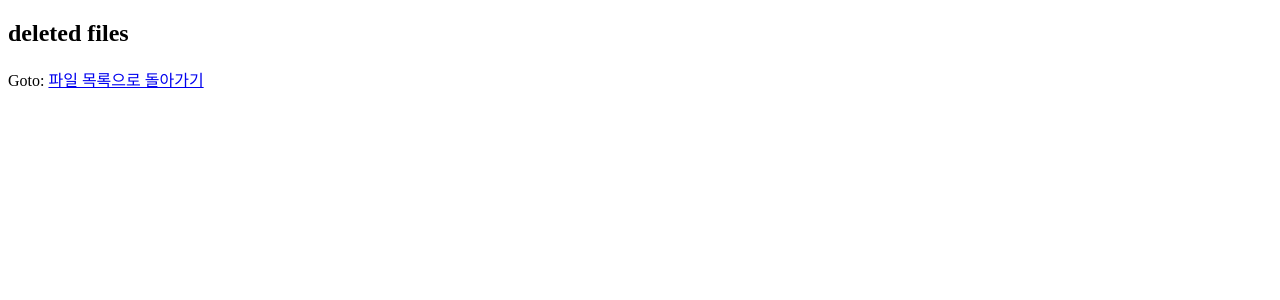
Repository: buhyun1/TIL
Page: http://localhost/pilotWeb/deleteFiles.jsp
An editor plug-in stored every save of this project. The page is shown before and after the next save, followed by the edit.
The browser window is 1280 px wide. The pictures show the whole page.
The page is served by Tomcat 10.

Above is the page before, as saved 2023-06-23 11:13:12.

After the next save:
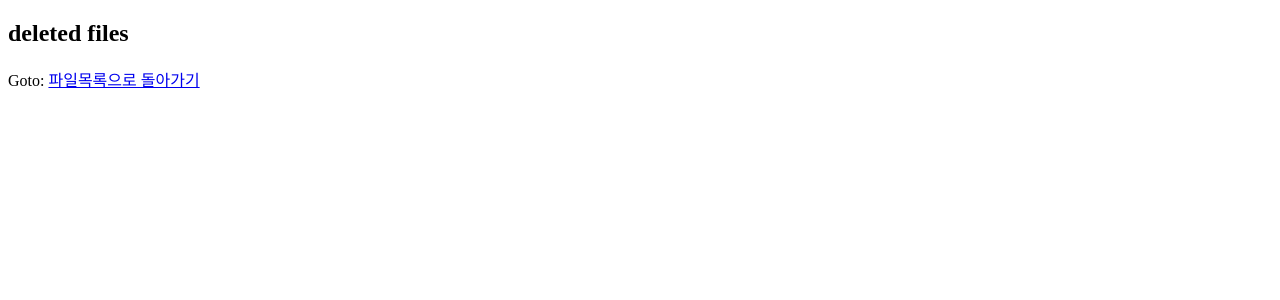
Saved 7 min 23 s later.
--- a/WebProgramming/pilotWeb/src/main/webapp/deleteFiles.jsp
+++ b/WebProgramming/pilotWeb/src/main/webapp/deleteFiles.jsp
@@ -52,6 +52,6 @@
         out.println("</ul>");
 
     %>
-    Goto: <a href="sample_management.jsp">파일 목록으로 돌아가기</a>
+    Goto: <a href="sample_management.jsp">파일목록으로 돌아가기</a>
 </body>
 </html>
